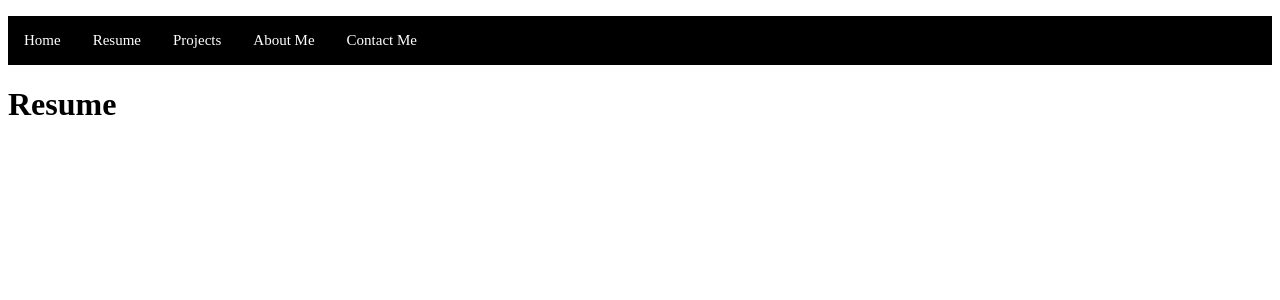
Repository: Coli-Pixel/Coli-Pixel.github.io
Page: resume.html
The author's editor kept a record of every edit. The page is drawn from the files as they stood at one moment, then again after the next edit.
The browser window is 1280 px wide. The pictures show the whole page.

Above is the page before.

### resume.html
<!DOCTYPE html>
<html>
    <head>
        <title>Resume</title>
        <link rel="stylesheet" type="text/css" href="style.css">
    </head>
    <body>
        <ul class="navbar">
            <li ><a href="/index.html">Home</a></li>
            <li><a href="/resume.html">Resume</a></li>
            <li class = "dropdown">
                <div>Projects</div>
                <ul class="dropdown-content">
                    <li><a href="#">Project 1</a></li>
                    <li><a href="#">Project 2</a></li>
                    <li><a href="#">Project 3</a></li>
                </ul>
            </li>
            <li><a href="/about-me.html">About Me</a></li>
            <li><a href="/contact-me.html">Contact Me</a></li>
        </ul>
        <h1>Resume</h1>
    </body>
</html>

### style.css
            .navbar{
                list-style: none;
                background-color: black;
                overflow: hidden;
                padding: 0;
            }
            .navbar a, .dropdown div{
                text-decoration: none;
                color: white;
                font-size: 15px;
                padding:16px;
                display:inline-block;
            }
            .navbar li{
                float: left;
            }
            .navbar li:hover{
                background-color:goldenrod;
            }
            .dropdown-content{
                list-style:none;
                display: none;
                padding:0;
                position:absolute;
                z-index: 2;
                background-color: goldenrod;
            }
            .dropdown-content li{
                float:none;
                padding: 0;
            }
            .dropdown-content li:hover{
                background-color: dodgerblue;
            }
            .dropdown:hover .dropdown-content{
                display:block;
            }
            .active{
                background-color: rgb(22, 243, 22);
            }
            p {
                font-size: 12px;
                font-family: "Arial";
            }
            .borderstyle{
                border-style: ridge;
            }
            .wallpaper{
                background-image: url("the-sun.png");
                background-position: center;
                background-size: cover;
                height:500px;
                background-repeat: no-repeat;
                background-color:honeydew;
            }
            .center{
                text-align:center;
            }

After the next edit:
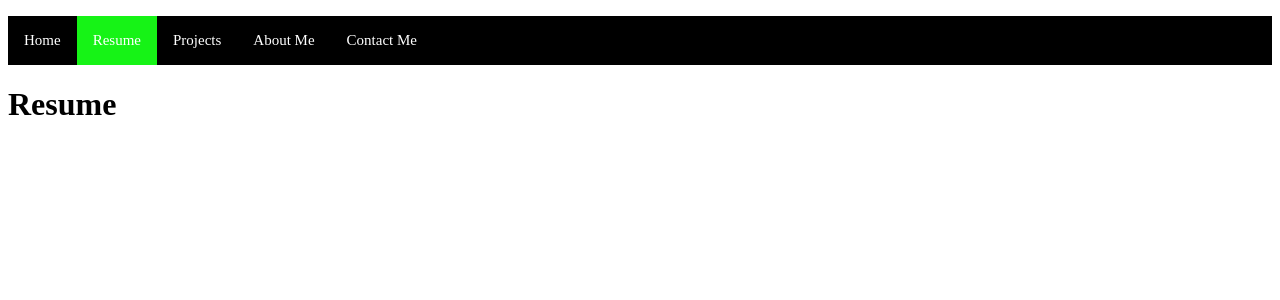
The edit:
--- a/resume.html
+++ b/resume.html
@@ -6,8 +6,8 @@
     </head>
     <body>
         <ul class="navbar">
-            <li ><a href="/index.html">Home</a></li>
-            <li><a href="/resume.html">Resume</a></li>
+            <li ><a href="index.html">Home</a></li>
+            <li class="active"><a href="resume.html">Resume</a></li>
             <li class = "dropdown">
                 <div>Projects</div>
                 <ul class="dropdown-content">
